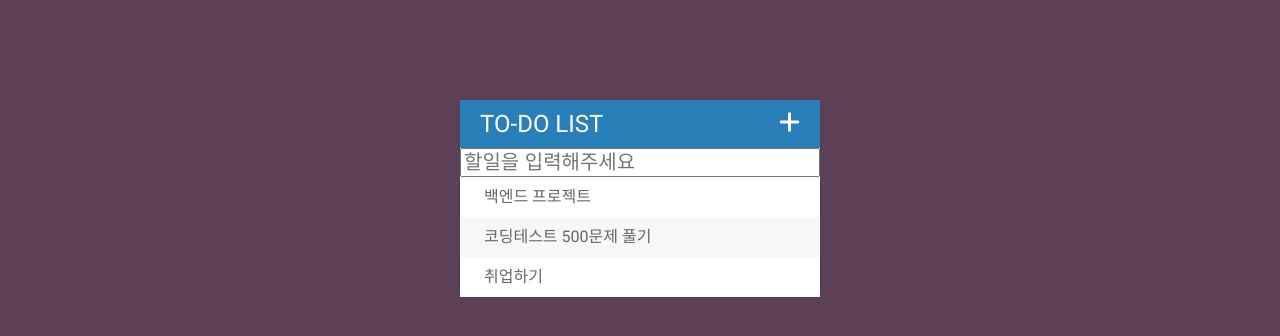
Repository: minsuk1/portfolio
Page: index2.html
These files come from the project's save history. The page is drawn as it stood at one moment and after the next save; the edit follows.
The browser window is 1280 px wide. The pictures show the whole page.
Some web libraries are served in a nearby version.

Above is the page before, as saved 2021-01-01 14:48:42.

### index2.html
<!DOCTYPE html>
<html lang="en">
<head>
    <meta charset="UTF-8">
    <meta name="viewport" content="width=device-width, initial-scale=1.0">
    <meta http-equiv="X-UA-Compatible" content="ie=edge">
    <title>To do List</title>
    <script type="text/javascript" src="https://code.jquery.com/jquery-3.4.1.min.js"></script>
    <link href="css/style2.css" rel="stylesheet">
    <link href="https://fonts.googleapis.com/css?family=Roboto:400,500,700&display=swap" rel="stylesheet">
    <script src="https://kit.fontawesome.com/0f77f25011.js"></script>

</head>
<body>
<div id="container">
    <h1>To-do List<i class="fas fa-plus"></i></h1>
    <input type="text" placeholder="할일을 입력해주세요">
<ul>
        <li> <span><i class="fas fa-trash"></i></span> 백엔드 프로젝트</li>
        <li> <span><i class="fas fa-trash"></i></span> 코딩테스트 500문제 풀기</li>
        <li> <span><i class="fas fa-trash"></i></span> 취업하기</li>
</ul>
</div>

     <script src="js/javascript.js"></script>
</body>
</html>

### css/style2.css
body {
    font-family: Roboto;
    background: #5D4157;
}

h1 {
    background : #2980b9;
    color : white;
    margin : 0;
    padding : 10px 20px;
    text-transform: uppercase;
    font-size: 24px;
    font-weight :  normal;
}
ul {
    list-style: none;
    margin:0;
    padding:0;
}

li {
background-color : #fff;
height: 40px;
line-height:40px;
color : #666;
}

span {
    background-color:#e74c3c;
    height: 40px;
    margin-right:20px;
    text-align: center;
    color : white;
    width:0;
    display: inline-block;
    transition: 0.2s linear;
    opacity : 0;
}

li:nth-child(2n) {
background-color:#f7f7f7;
}

input {
    font-size : 20px;
    width :100%;
    box-sizing: border-box;
    color: #2980b9;

}

input:focus {
    background: #fff;
    border : 3px solid #2980b9;
    outline : none;
}
.fa-plus {
    float : right;
}



li:hover span {
    width:40px;
    opacity : 1.0;

}


#container {
    box-shadow : 0 0 3px rgba(0,0,0,0.1);
    width : 360px;
    margin : 100px auto;
    background-color: #f7f7f7;
}

.completed {
    color : grey;
    text-decoration: line-through;
}

### js/javascript.js
$("ul").on("click", "li", function() {
    //목록 클릭씨 해당줄에 라인을 치거나 지움
    $(this).toggleClass('completed');
});

//x를 클릭씨 해당 아이템을 지움
$('ul').on("click", "span", function(event) {
event.stopPropagation();
$(this).parent().fadeOut(500, function(){
$(this).remove();
});
});

$('input[type="text"]').keypress(function(event) {
if(event.which===13) {
    //input으로 부터 새로운 할일 받기
    var todoText =$(this).val();
    $(this).val("");
    //새로운 일을 li로 ul에 넣기
    $('ul').append("<li><span><i class='fas fa-trash'></i></span> "+todoText+"</li>");
}
});

$('.fa-plus').on('click', function() {
$('input[type="text"]').fadeToggle();
});

After the next save:
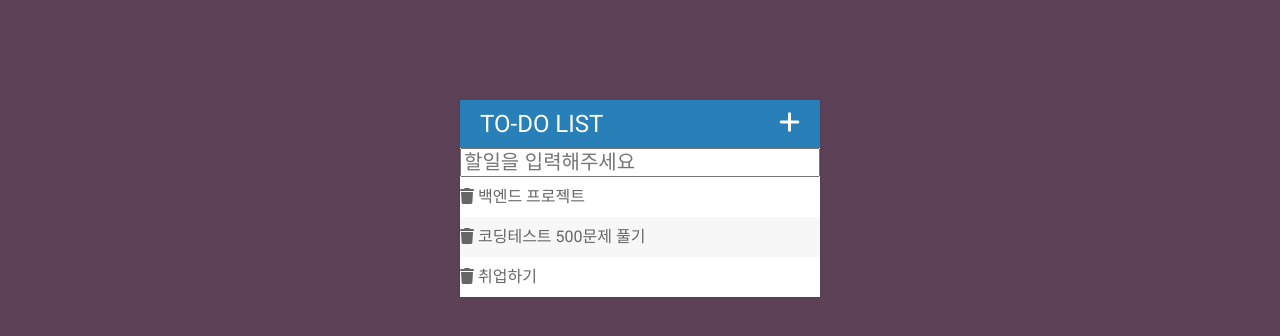
Saved 13 s later.
--- a/css/style2.css
+++ b/css/style2.css
@@ -25,18 +25,6 @@
 color : #666;
 }
 
-span {
-    background-color:#e74c3c;
-    height: 40px;
-    margin-right:20px;
-    text-align: center;
-    color : white;
-    width:0;
-    display: inline-block;
-    transition: 0.2s linear;
-    opacity : 0;
-}
-
 li:nth-child(2n) {
 background-color:#f7f7f7;
 }
@@ -46,7 +34,6 @@
     width :100%;
     box-sizing: border-box;
     color: #2980b9;
-
 }
 
 input:focus {

After the save that followed:
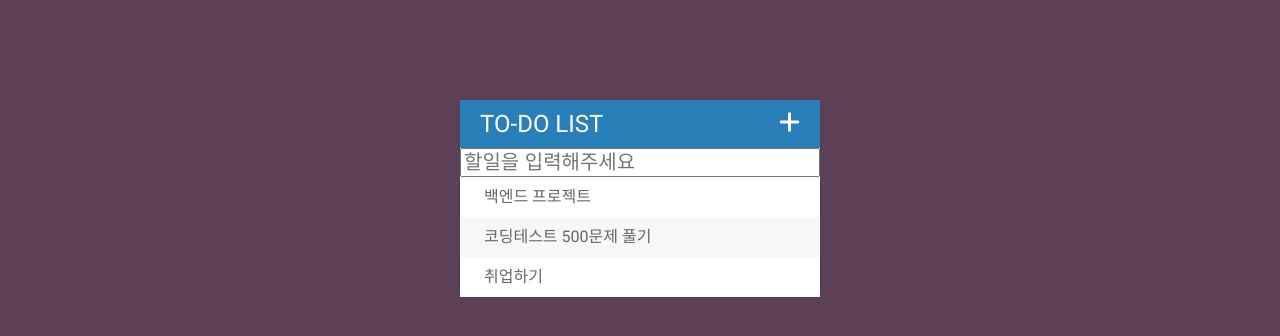
Saved 6 s later.
--- a/css/style2.css
+++ b/css/style2.css
@@ -23,6 +23,18 @@
 height: 40px;
 line-height:40px;
 color : #666;
+}
+
+span {
+    background-color:#e74c3c;
+    height: 40px;
+    margin-right:20px;
+    text-align: center;
+    color : white;
+    width:0;
+    display: inline-block;
+    transition: 0.2s linear;
+    opacity : 0;
 }
 
 li:nth-child(2n) {
